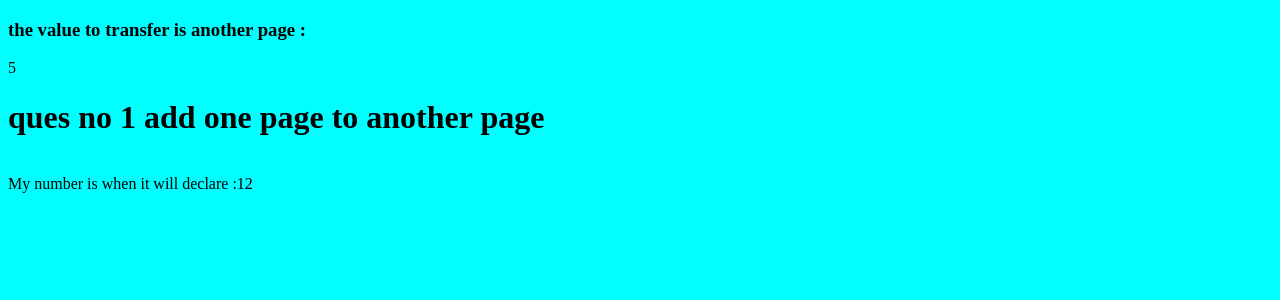
Repository: GarvKumar/ADVANCEDJAVATRAINING
Page: http://localhost/jsp1/Add.jsp
An editor plug-in stored every save of this project. The page is shown before and after the next save, followed by the edit.
The browser window is 1280 px wide. The pictures show the whole page.
The page is served by Tomcat 9.

Above is the page before, as saved 2023-01-28 06:31:46.

After the next save:
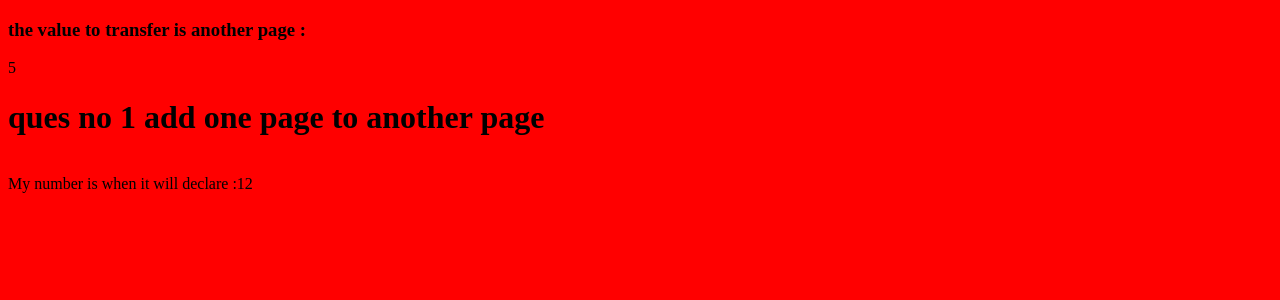
Saved 38 min 32 s later.
--- a/jsp1/src/main/webapp/Add.jsp
+++ b/jsp1/src/main/webapp/Add.jsp
@@ -13,7 +13,7 @@
 <meta charset="ISO-8859-1">
 <title>add one page too another</title>
 </head>
-<body bgcolor="cyan">
+<body bgcolor="red">
 <h1>ques no 1 add one page to another page</h1>
 
   <!--  Declaration tag -->
